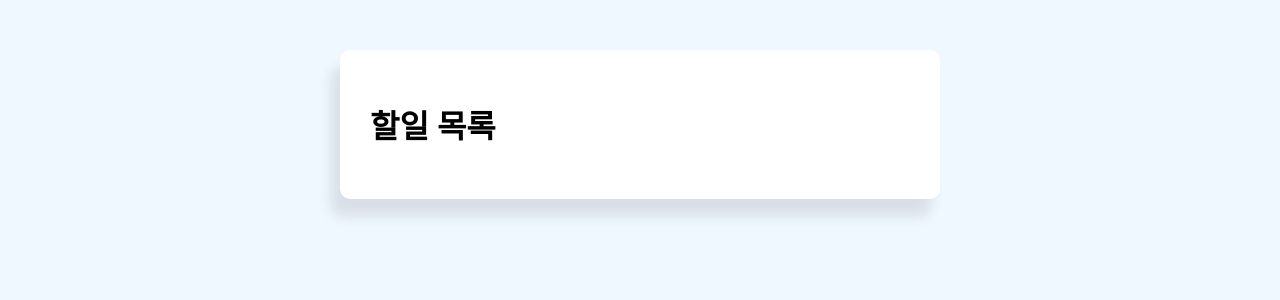
Repository: siwon9898/react-learn
Page: /
An editor plug-in stored every save of this project. The page is shown before and after the next save, followed by the edit.
The browser window is 1280 px wide. The pictures show the whole page.
The project was rebuilt for these pictures with package versions that can differ from the ones it lists, and the page was loaded fresh each time.

Above is the page before, as saved 2023-03-29 10:00:16.

### public/index.html
<!-- 페이지 템플릿 -->
<!DOCTYPE html>
<html lang="en">
  <head>
    <meta charset="utf-8" />
    <link rel="icon" href="%PUBLIC_URL%/favicon.ico" />
    <meta name="viewport" content="width=device-width, initial-scale=1" />
    <meta name="theme-color" content="#000000" />
    <meta
      name="description"
      content="Web site created using create-react-app"
    />
    <link rel="apple-touch-icon" href="%PUBLIC_URL%/logo192.png" />
    <!--
      manifest.json provides metadata used when your web app is installed on a
      user's mobile device or desktop. See https://developers.google.com/web/fundamentals/web-app-manifest/
    -->
    <link rel="manifest" href="%PUBLIC_URL%/manifest.json" />
    <!--
      Notice the use of %PUBLIC_URL% in the tags above.
      It will be replaced with the URL of the `public` folder during the build.
      Only files inside the `public` folder can be referenced from the HTML.

      Unlike "/favicon.ico" or "favicon.ico", "%PUBLIC_URL%/favicon.ico" will
      work correctly both with client-side routing and a non-root public URL.
      Learn how to configure a non-root public URL by running `npm run build`.
    -->
    <title>React App</title>
  </head>
  <body>
    <noscript>You need to enable JavaScript to run this app.</noscript>
    <div id="root"></div>
    <!--
      This HTML file is a template.
      If you open it directly in the browser, you will see an empty page.

      You can add webfonts, meta tags, or analytics to this file.
      The build step will place the bundled scripts into the <body> tag.

      To begin the development, run `npm start` or `yarn start`.
      To create a production bundle, use `npm run build` or `yarn build`.
    -->
  </body>
</html>

### src/index.js
//js 시작점
import React from 'react';
import ReactDOM from 'react-dom/client';
import './index.css';
import App from './App';
import reportWebVitals from './reportWebVitals';

const root = ReactDOM.createRoot(document.getElementById('root'));
root.render(
  <React.StrictMode>
    <App />
  </React.StrictMode>
);

// If you want to start measuring performance in your app, pass a function
// to log results (for example: reportWebVitals(console.log))
// or send to an analytics endpoint. Learn more: https://bit.ly/CRA-vitals
reportWebVitals();

### src/App.js
import React, { Component } from "react";
import "./App.css";
export default class App extends Component {
  render() {
    return (
      <div className="container">
        <div className="todoBlock">
          <div className="title">
            <h1>할일 목록</h1>
          </div>
        </div>
      </div>
    );
  }
}

### src/App.css

.container {
  margin: auto;
  max-width: 600px;
}

.todoBlock {
  padding: 30px;
  margin-top: 50px;
  background-color: #fff;
  border-radius: 10px;
  box-shadow: -9px 17px 13px rgb(0,0,0,0.1);
}

Loaded but not shown: src/index.css (common file); src/reportWebVitals.js (common file)

After the next save:
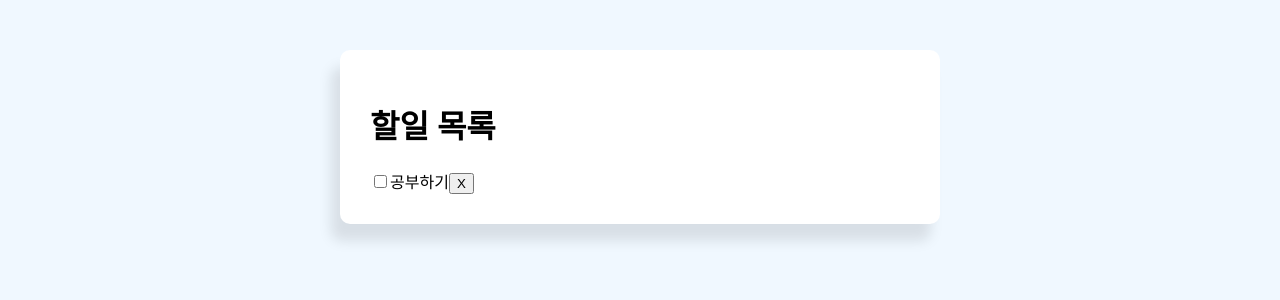
Saved 46 min 50 s later.
--- a/src/App.js
+++ b/src/App.js
@@ -8,6 +8,11 @@ export default class App extends Component {
           <div className="title">
             <h1>할일 목록</h1>
           </div>
+          <div>
+            <input type="checkbox" defaultChecked={false} />
+            공부하기
+            <button>X</button>
+          </div>
         </div>
       </div>
     );
